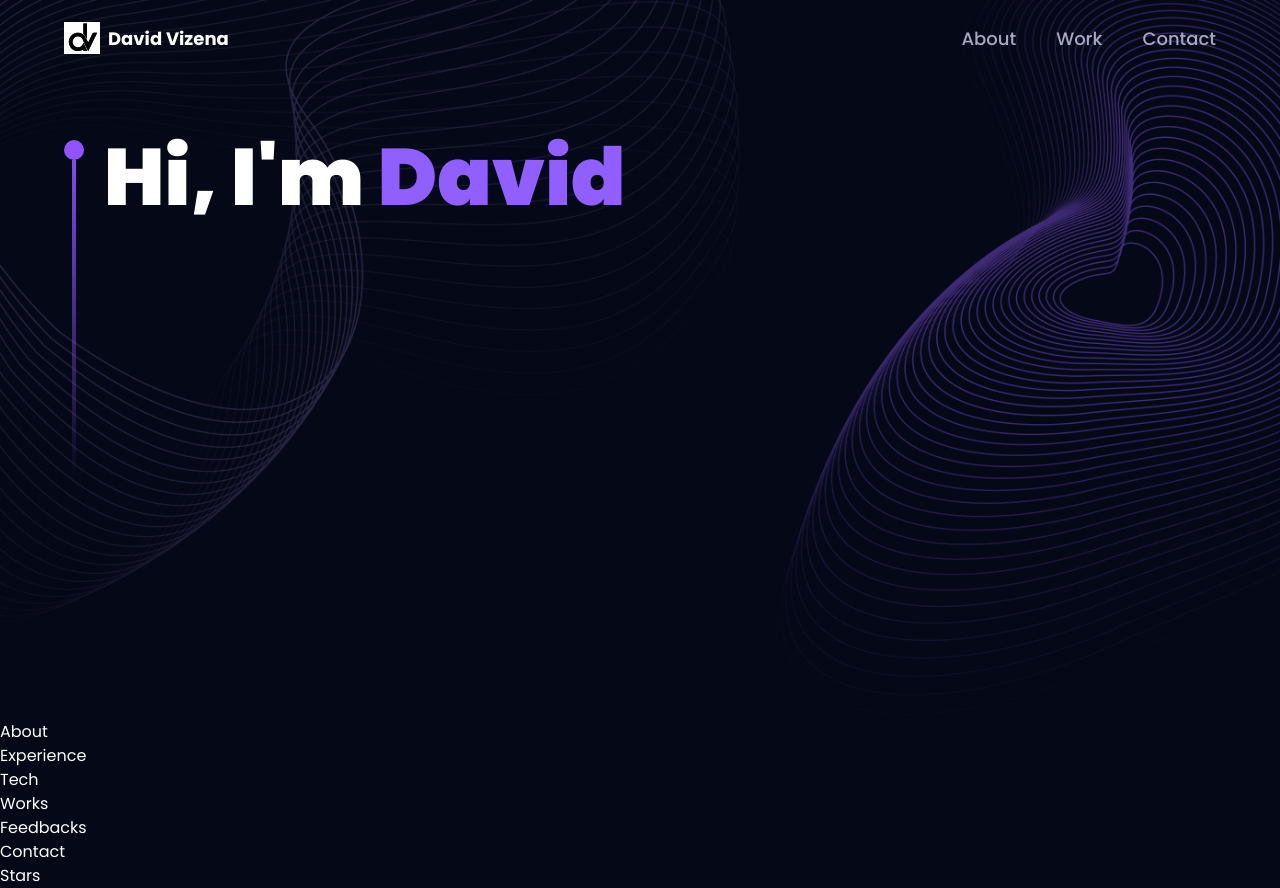
Repository: david-vizena/3d-portfolio
Page: /
These files come from the project's save history. The page is drawn as it stood at one moment and after the next save; the edit follows.
The browser window is 1280 px wide. The pictures show the whole page.
The project was rebuilt for these pictures with package versions that can differ from the ones it lists, and the page was loaded fresh each time. Also part of the build but not shown: vite.config.js, src/components/canvas/Earth.jsx, src/components/canvas/Ball.jsx, src/components/canvas/Computers.jsx.

Above is the page before, as saved 2023-04-03 16:43:29.

After the next save:
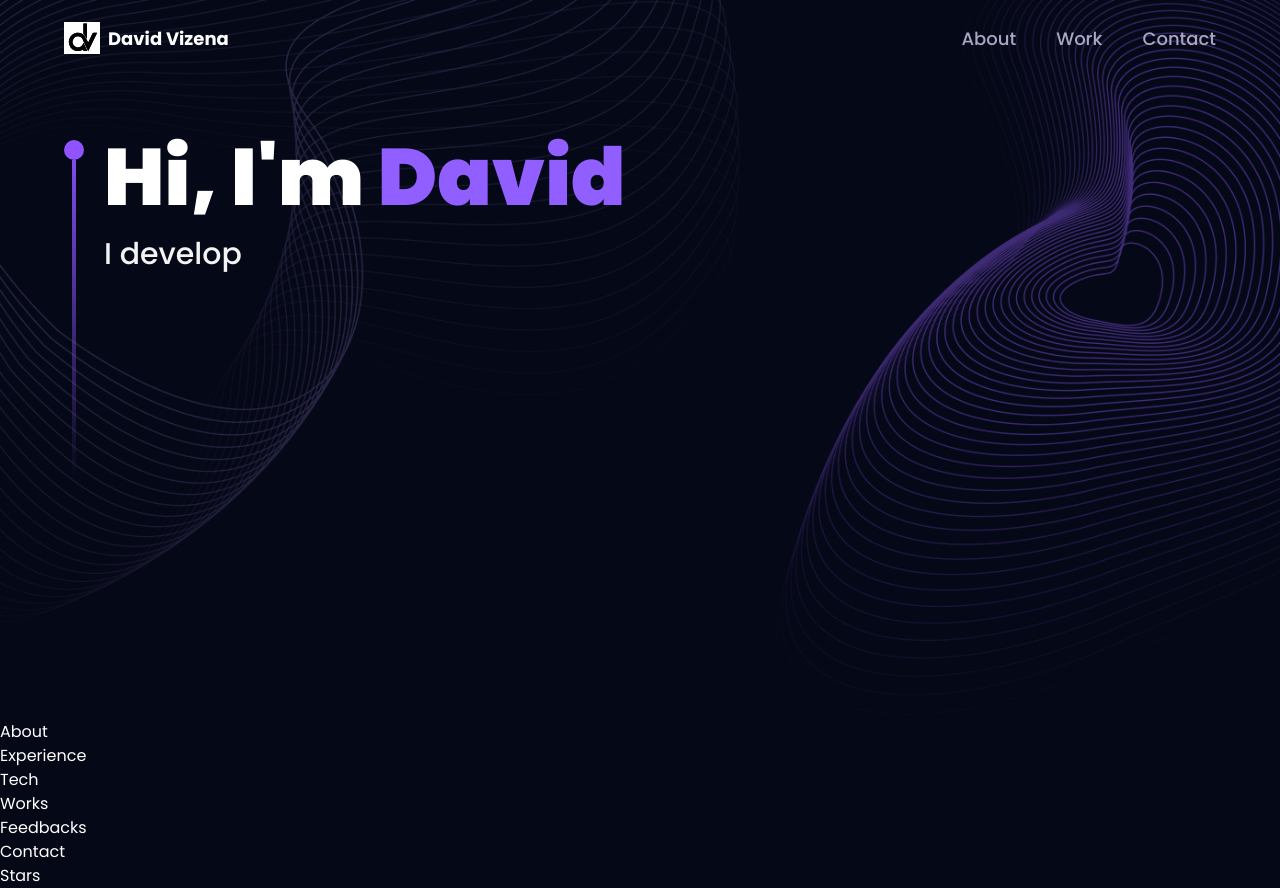
Saved 51 s later.
--- a/src/components/Hero.jsx
+++ b/src/components/Hero.jsx
@@ -17,6 +17,9 @@
 					<h1 className={`${styles.heroHeadText} text-white`}>
 						Hi, I'm <span className='text-[#915eff]'>David</span>
 					</h1>
+					<p className={`${styles.heroSubText} mt-2 text-white-100`}>
+						I develop
+					</p>
 				</div>
 			</div>
 		</section>
